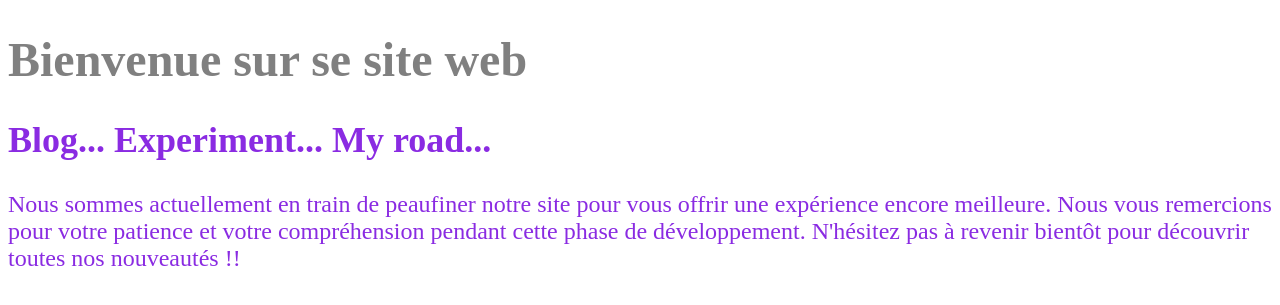
Repository: ValetteEvan/PersonalWebApp
Page: index.html
These files come from the project's save history. The page is drawn as it stood at one moment and after the next save; the edit follows.
The browser window is 1280 px wide. The pictures show the whole page.

Above is the page before, as saved 2025-01-07 17:41:21.

After the next save:
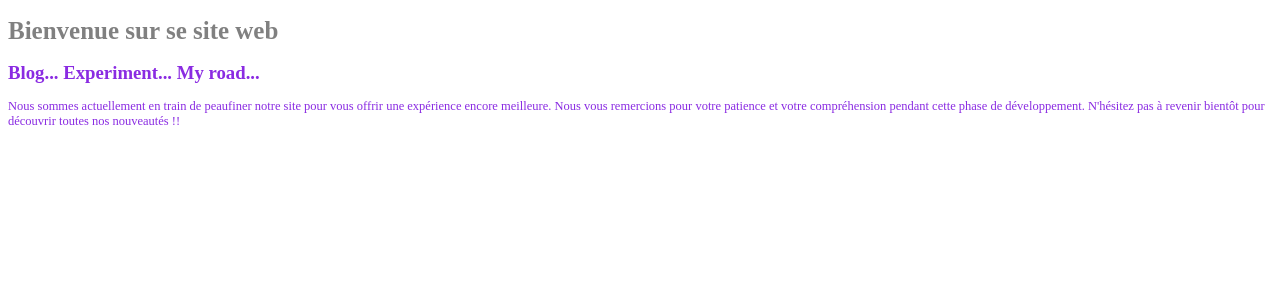
Saved 17 s later.
--- a/style.css
+++ b/style.css
@@ -2,6 +2,6 @@ h1 {
     color: gray;
 }
 .webGlobal{
-    font-size: 1.5em;
+    font-size: 12.5px;
     color: blueviolet;
 }
